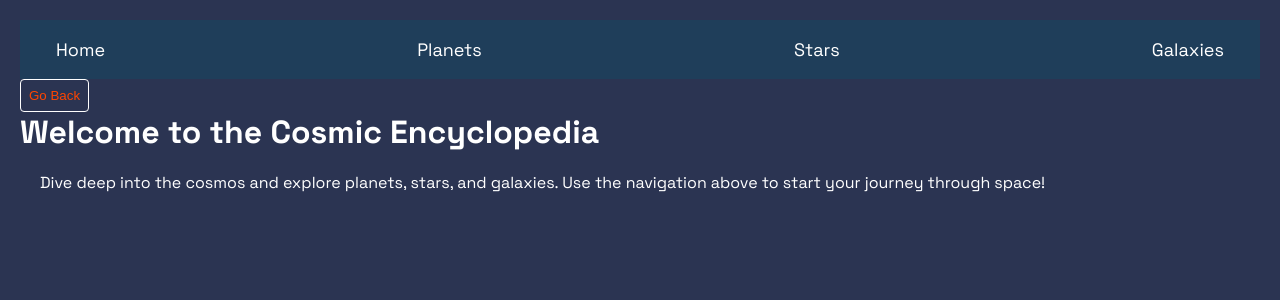
Repository: rmdayberry/Cosmic-Encyclopedia
Page: /
The author's editor kept a copy of each file at every save. The page is drawn from the files as they stood at one save, then again after the next save.
The browser window is 1280 px wide. The pictures show the whole page.
The pointer rests on the first visible `.backBtn`.
The project was rebuilt for these pictures with package versions that can differ from the ones it lists, and the page was loaded fresh each time. Also part of the build but not shown: vite.config.js, src/data/celestialData.js, src/pages/ContentPage.jsx.

Above is the page before, as saved 2024-08-31 16:05:48.

After the next save:
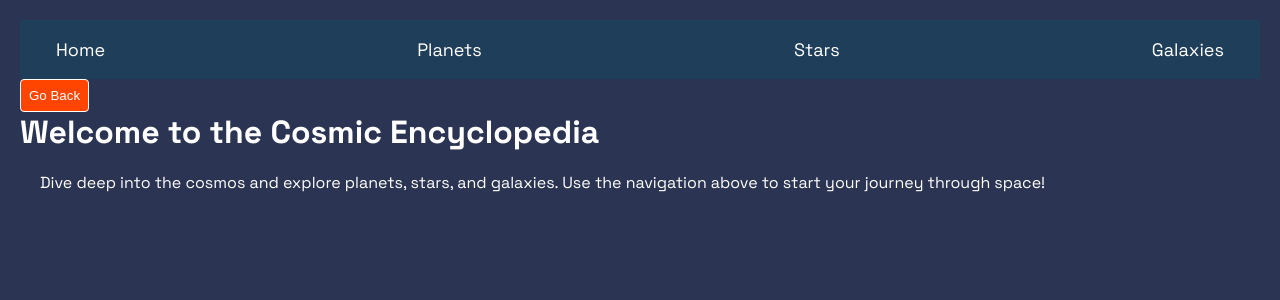
Saved 8 s later.
--- a/src/index.css
+++ b/src/index.css
@@ -55,5 +55,5 @@ button {
   transition: color 0.3s;
 }
 .backBtn:hover {
-  color: orangered;
+  background-color: orangered;
 }
